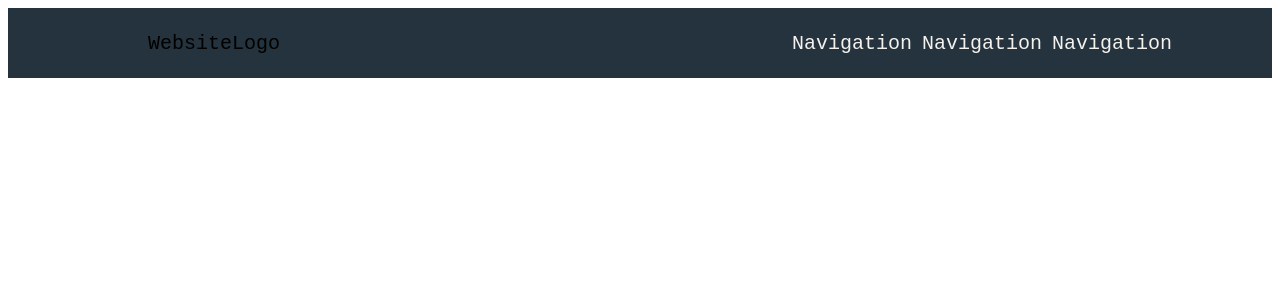
Repository: piotrokrutniak/Projekt-Studia
Page: index.html
The author's editor kept a copy of each file at every save. The page is drawn from the files as they stood at one save, then again after the next save.
The browser window is 1280 px wide. The pictures show the whole page.

Above is the page before, as saved 2023-03-04 03:21:56.

After the next save:
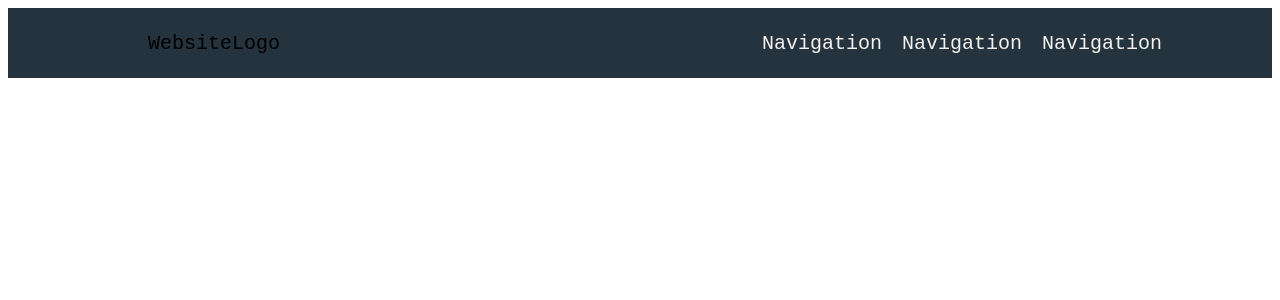
Saved 22 s later.
--- a/styles.css
+++ b/styles.css
@@ -34,7 +34,7 @@ a{
 
 .navigation{
     display: grid;
-    grid-template-columns: 100px 100px 100px;
+    grid-template-columns: 110px 110px 110px;
     grid-gap: 30px;
 
 }
